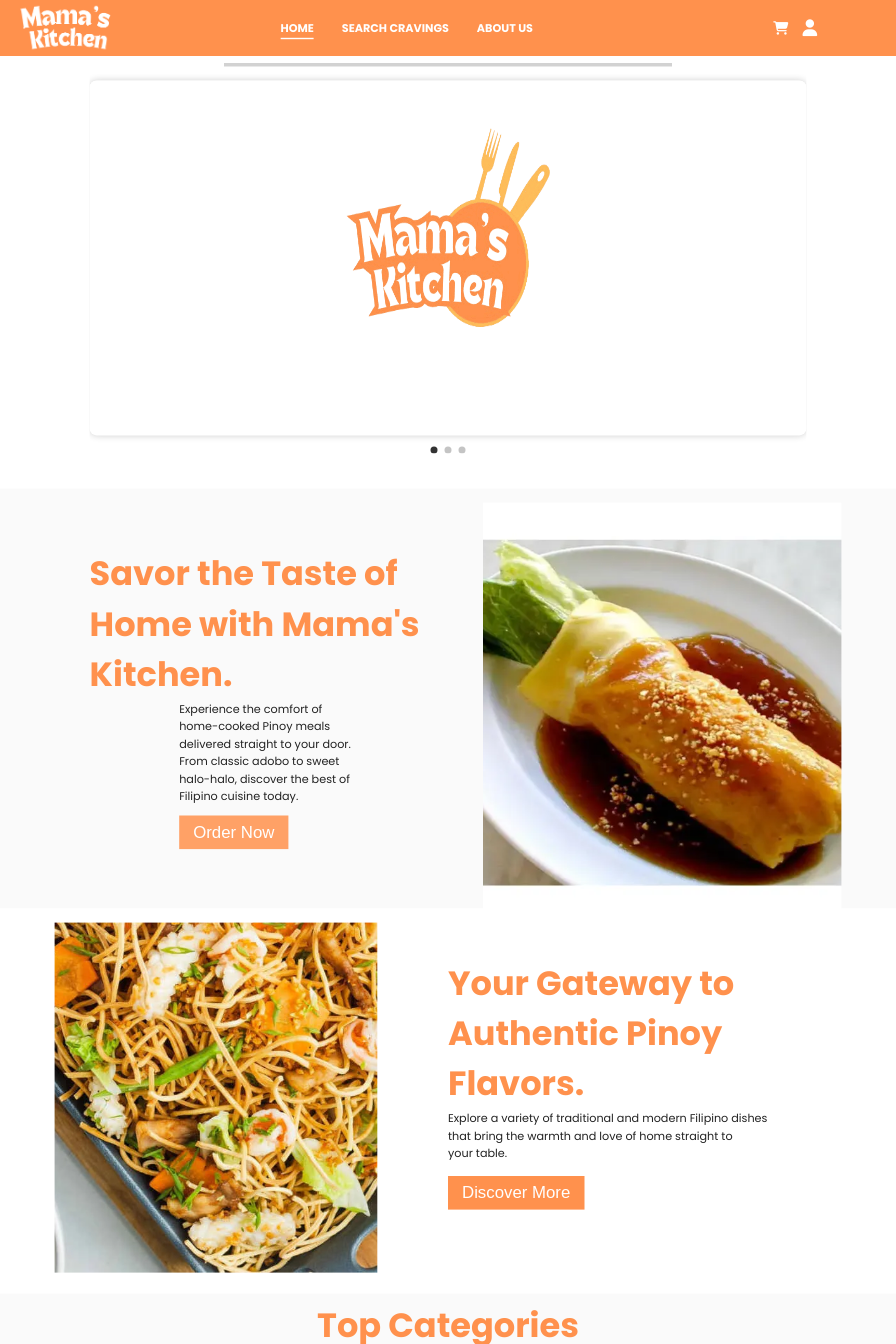
Repository: KarlBautista/mamaskitchen
Page: / (app in frontend/)
The author's editor kept a copy of each file at every save. The page is drawn from the files as they stood at one save, then again after the next save.
The browser window is 1280 px wide. The pictures show the part of the page from y = 0 to 1920 px (the page is 3590 px tall), at 70% of full size.
Some web fonts or font styles are not loaded; a fallback is used. Some web libraries are served in a nearby version. The project was rebuilt for these pictures with package versions that can differ from the ones it lists, and the page was loaded fresh each time. Some packages were replaced by stand-ins written for this rebuild. Also part of the build but not shown: frontend/src/components/VideoPlatform.jsx, frontend/src/components/Register.jsx, frontend/src/styles/search-cravings.css, frontend/src/components/SearchCravings.jsx, frontend/src/components/AboutUs.jsx, frontend/src/components/Login.jsx, frontend/src/styles/profile.css, frontend/src/components/Profile.jsx and 3 more. Imported but missing from the stored project, and not drawn on this page: frontend/src/videos/Landing-Video.mp4, frontend/src/videos/jollibee-1.mp4.

Above is the page before, as saved 2025-01-03 22:45:35.

After the next save:
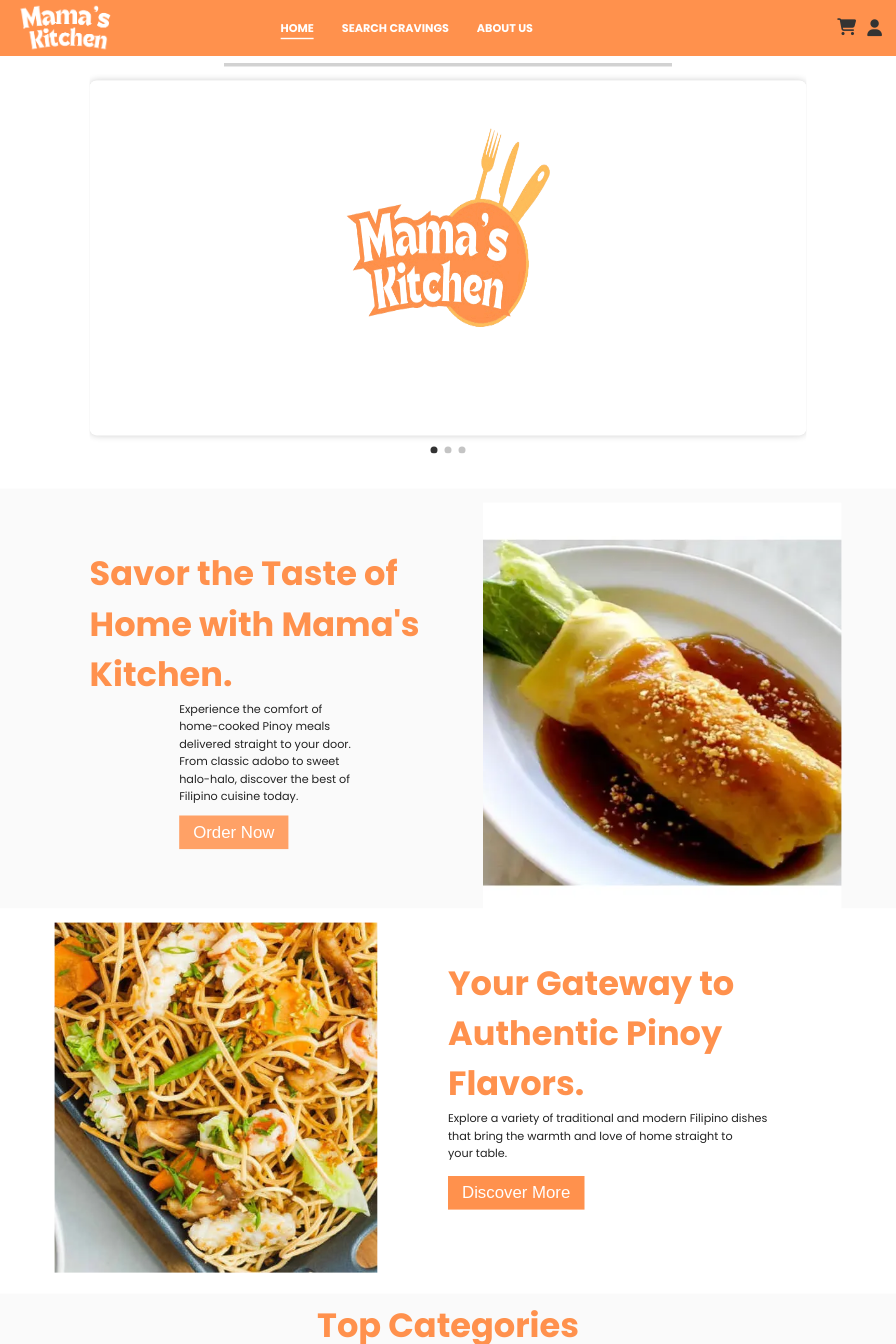
Saved 19 s later.
--- a/frontend/src/styles/header.css
+++ b/frontend/src/styles/header.css
@@ -265,3 +265,52 @@ a.active::after {
     transform: scaleX(0);
     transition: transform 0.3s ease;
 }
+
+
+.header-last {
+    display: flex;
+    align-items: center;
+    justify-content: flex-end;
+    gap: 1rem; /* Adds spacing between icons */
+}
+
+.cart-icon i {
+    font-size: 1.5rem;
+    color: #333;
+    cursor: pointer;
+}
+
+.cart-icon i:hover {
+    color: #f05a28;
+}
+
+.user-dropdown i {
+    font-size: 1.5rem;
+    color: #333;
+    cursor: pointer;
+}
+
+.user-dropdown i:hover {
+    color: #f05a28;
+}
+
+.user-dropdown .dropdown-content {
+    position: absolute;
+    top: 100%;
+    right: 0;
+    background: #fff;
+    border: 1px solid #ccc;
+    padding: 0.5rem;
+    box-shadow: 0 2px 5px rgba(0, 0, 0, 0.2);
+    z-index: 10;
+}
+
+.user-dropdown .dropdown-item {
+    padding: 0.5rem 1rem;
+    cursor: pointer;
+}
+
+.user-dropdown .dropdown-item:hover {
+    background: #f05a28;
+    color: #fff;
+}

After the save that followed:
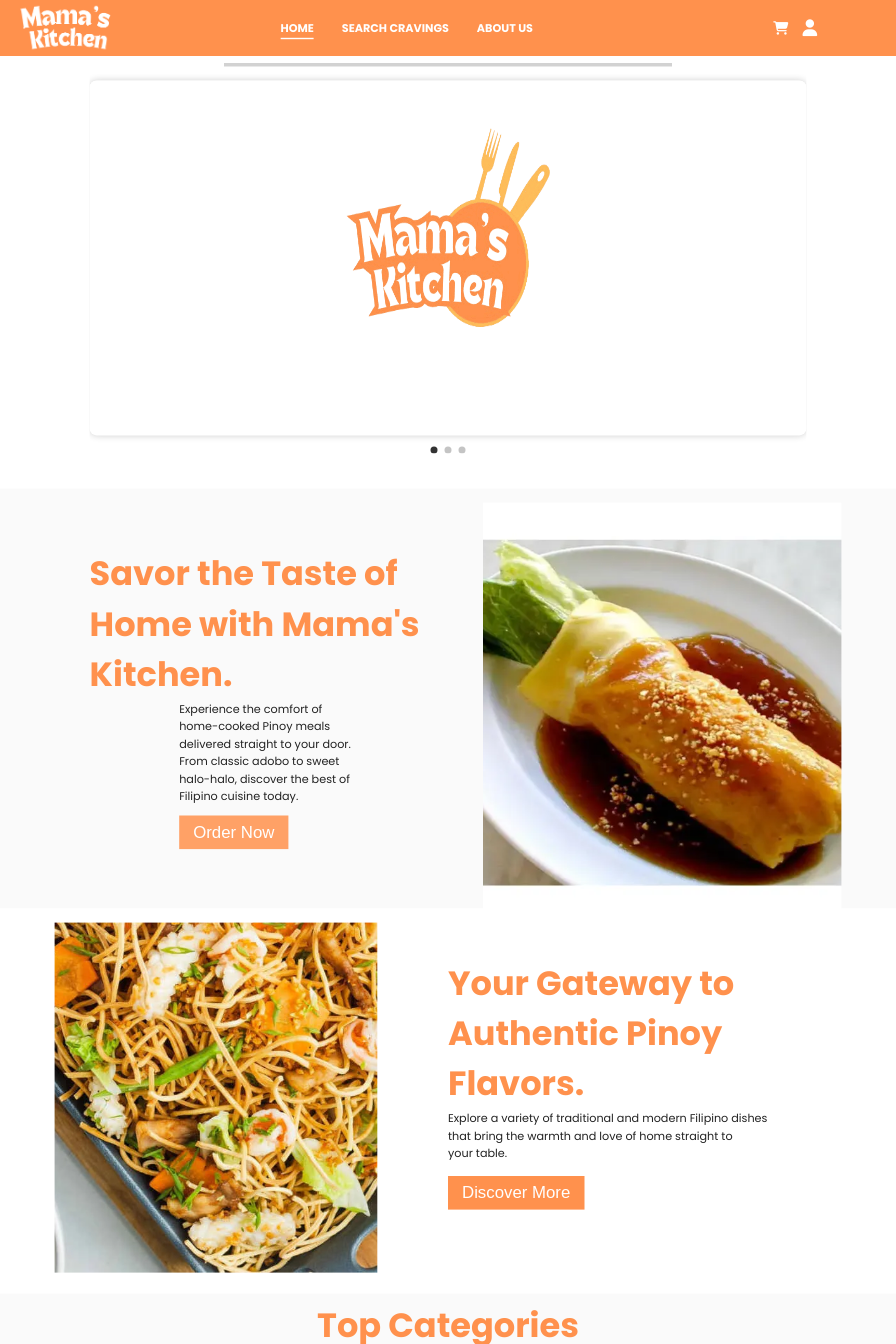
Saved 7 s later.
--- a/frontend/src/styles/header.css
+++ b/frontend/src/styles/header.css
@@ -265,52 +265,3 @@ a.active::after {
     transform: scaleX(0);
     transition: transform 0.3s ease;
 }
-
-
-.header-last {
-    display: flex;
-    align-items: center;
-    justify-content: flex-end;
-    gap: 1rem; /* Adds spacing between icons */
-}
-
-.cart-icon i {
-    font-size: 1.5rem;
-    color: #333;
-    cursor: pointer;
-}
-
-.cart-icon i:hover {
-    color: #f05a28;
-}
-
-.user-dropdown i {
-    font-size: 1.5rem;
-    color: #333;
-    cursor: pointer;
-}
-
-.user-dropdown i:hover {
-    color: #f05a28;
-}
-
-.user-dropdown .dropdown-content {
-    position: absolute;
-    top: 100%;
-    right: 0;
-    background: #fff;
-    border: 1px solid #ccc;
-    padding: 0.5rem;
-    box-shadow: 0 2px 5px rgba(0, 0, 0, 0.2);
-    z-index: 10;
-}
-
-.user-dropdown .dropdown-item {
-    padding: 0.5rem 1rem;
-    cursor: pointer;
-}
-
-.user-dropdown .dropdown-item:hover {
-    background: #f05a28;
-    color: #fff;
-}
